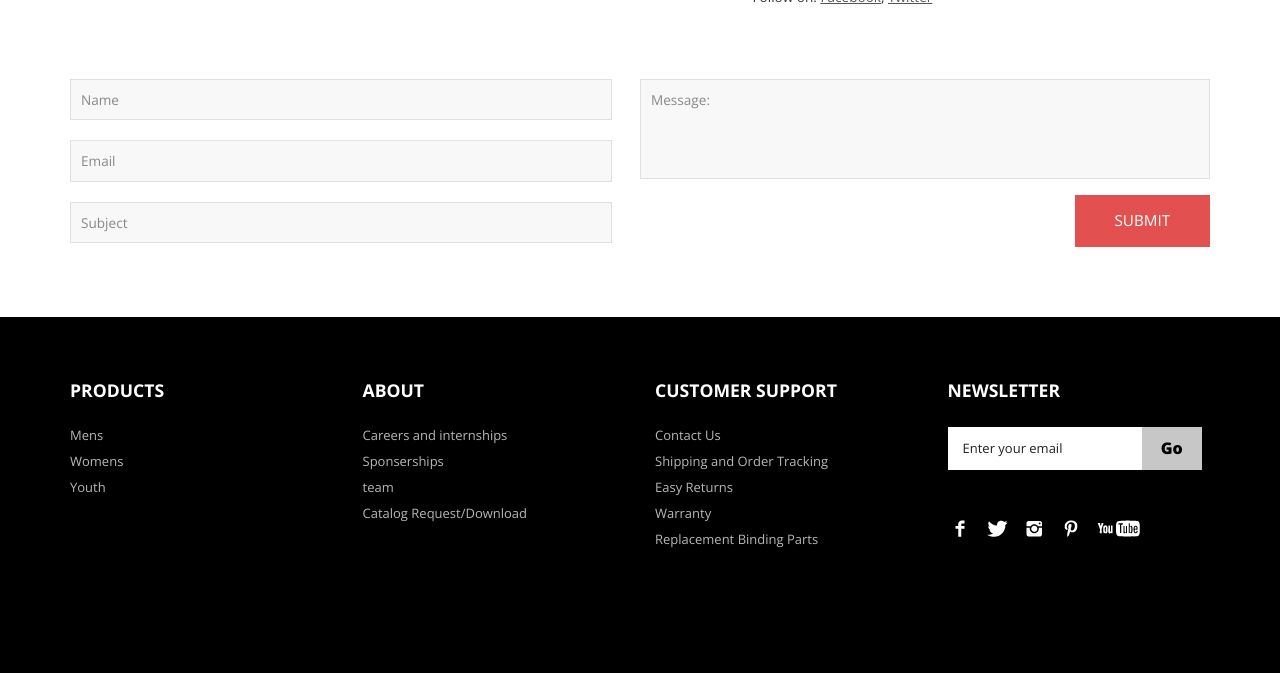
Repository: nder1996/Snowboarding
Page: contact.html
The author's editor kept a copy of each file at every save. The page is drawn from the files as they stood at one save, then again after the next save.
The browser window is 1280 px wide. The pictures show the part of the page from y = 512 to 1204 px (the page is 1185 px tall before and 1204 px after).

Above is the page before, as saved 2021-11-23 15:17:14.

### contact.html
<!--A Design by W3layouts
Author: W3layout
Author URL: http://w3layouts.com
License: Creative Commons Attribution 3.0 Unported
License URL: http://creativecommons.org/licenses/by/3.0/
-->
<!DOCTYPE HTML>
<html>
<head>
<title>Free Snow Bootstrap Website Template | Contact :: w3layouts</title>
<link href="css/bootstrap.css" rel='stylesheet' type='text/css' />
<link href="css/style.css" rel='stylesheet' type='text/css' />
<meta name="viewport" content="width=device-width, initial-scale=1, maximum-scale=1">
<meta http-equiv="Content-Type" content="text/html; charset=utf-8" />
<link href='http://fonts.googleapis.com/css?family=Open+Sans:400,300,600,700,800' rel='stylesheet' type='text/css'>
<script type="application/x-javascript"> addEventListener("load", function() { setTimeout(hideURLbar, 0); }, false); function hideURLbar(){ window.scrollTo(0,1); } </script>
<script src="js/jquery.min.js"></script>
<script type="text/javascript">
        $(document).ready(function() {
            $(".dropdown img.flag").addClass("flagvisibility");

            $(".dropdown dt a").click(function() {
                $(".dropdown dd ul").toggle();
            });

            $(".dropdown dd ul li a").click(function() {
                var text = $(this).html();
                $(".dropdown dt a span").html(text);
                $(".dropdown dd ul").hide();
                $("#result").html("Selected value is: " + getSelectedValue("sample"));
            });

            function getSelectedValue(id) {
                return $("#" + id).find("dt a span.value").html();
            }

            $(document).bind('click', function(e) {
                var $clicked = $(e.target);
                if (! $clicked.parents().hasClass("dropdown"))
                    $(".dropdown dd ul").hide();
            });


            $("#flagSwitcher").click(function() {
                $(".dropdown img.flag").toggleClass("flagvisibility");
            });
        });
     </script>
 </head>
<body>
	<div class="header">
		<div class="container">
			<div class="row">
			  <div class="col-md-12">
				 <div class="header-left">
					 <div class="logo">
						<a href="index.html"><img src="images/logo.png" alt=""/></a>
					 </div>
					 <div class="menu">
						  <a class="toggleMenu" href="#"><img src="images/nav.png" alt="" /></a>
						    <ul class="nav" id="nav">
						    	<li><a href="shop.html">Shop</a></li>
								<!--
						    	<li><a href="team.html">Team</a></li>
						    	<li><a href="shop.html">Events</a></li>
						    	<li><a href="experiance.html">Experiance</a></li>
						    	<li><a href="shop.html">Company</a></li>
								-->
								<li class="current"><a href="contact.html">Contact</a></li>
								<div class="clear"></div>
							</ul>
							<script type="text/javascript" src="js/responsive-nav.js"></script>
				    </div>
	    		    <div class="clear"></div>
	    	    </div>
	            <div class="header_right">
	    		  <!-- start search-->
				   <div class="search-box">
							<div id="sb-search" class="sb-search">
								<form>
									<input class="sb-search-input" placeholder="Enter your search term..." type="search" name="search" id="search">
									<input class="sb-search-submit" type="submit" value="">
									<span class="sb-icon-search"> </span>
								</form>
							</div>
						</div>
						<!----search-scripts---->
						<script src="js/classie.js"></script>
						<script src="js/uisearch.js"></script>
						<script>
							new UISearch( document.getElementById( 'sb-search' ) );
						</script>
				    <ul class="icon1 sub-icon1 profile_img">
					 <li><a class="active-icon c1" href="#"> </a>
						<ul class="sub-icon1 list">
						  <div class="product_control_buttons">
						  	<a href="#"><img src="images/edit.png" alt=""/></a>
						  		<a href="#"><img src="images/close_edit.png" alt=""/></a>
						  </div>
						   <div class="clear"></div>
						  <li class="list_img"><img src="images/1.jpg" alt=""/></li>
						  <li class="list_desc"><h4><a href="#">velit esse molestie</a></h4><span class="actual">1 x
                          $12.00</span></li>
						  <div class="login_buttons">
							 <div class="check_button"><a href="checkout.html">Check out</a></div>
							 <div class="login_button"><a href="login.html">Login</a></div>
							 <div class="clear"></div>
						  </div>
						  <div class="clear"></div>
						</ul>
					 </li>
				   </ul>
		        <div class="clear"></div>
	       </div>
	      </div>
		 </div>
	    </div>
	  </div>
     <div class="main">
      <div class="shop_top">
		<div class="container">
			<div class="row">
				<div class="col-md-7">
				  <div class="map">
					<iframe width="100%" height="350" frameborder="0" scrolling="no" marginheight="0" marginwidth="0" src="https://maps.google.co.in/maps?f=q&amp;source=s_q&amp;hl=en&amp;geocode=&amp;q=Lighthouse+Point,+FL,+United+States&amp;aq=4&amp;oq=light&amp;sll=26.275636,-80.087265&amp;sspn=0.04941,0.104628&amp;ie=UTF8&amp;hq=&amp;hnear=Lighthouse+Point,+Broward,+Florida,+United+States&amp;t=m&amp;z=14&amp;ll=26.275636,-80.087265&amp;output=embed"></iframe><br><small><a href="https://maps.google.co.in/maps?f=q&amp;source=embed&amp;hl=en&amp;geocode=&amp;q=Lighthouse+Point,+FL,+United+States&amp;aq=4&amp;oq=light&amp;sll=26.275636,-80.087265&amp;sspn=0.04941,0.104628&amp;ie=UTF8&amp;hq=&amp;hnear=Lighthouse+Point,+Broward,+Florida,+United+States&amp;t=m&amp;z=14&amp;ll=26.275636,-80.087265" style="color:#666;text-align:left;font-size:12px"></a></small>
				  </div>
				</div>
				<div class="col-md-5">
					<p class="m_8">Lorem ipsum dolor sit amet, consectetuer adipiscing elit, sed diam nonummy nibh euismod tincidunt ut laoreet dolore magna aliquam erat volutpat. Ut wisi enim ad minim veniam, quis nostrud exerci tation ullamcorper suscipit lobortis nisl ut aliquip ex ea commodo consequat. Duis autem vel eum iriure dolor in hendrerit in vulputate velit esse molestie consequat</p>
					<div class="address">
				                <p>500 Lorem Ipsum Dolor Sit,</p>
						   		<p>22-56-2-9 Sit Amet, Lorem,</p>
						   		<p>USA</p>
				   		<p>Phone:(00) 222 666 444</p>
				   		<p>Fax: (000) 000 00 00 0</p>
				 	 	<p>Email: <span>support[at]snow.com</span></p>
				   		<p>Follow on: <span>Facebook</span>, <span>Twitter</span></p>
				   </div>
				</div>
			</div>
			<div class="row">
				<div class="col-md-12 contact">
				  <form method="post" action="contact-post.html">
					<div class="to">
                     	<input type="text" class="text" value="Name" onfocus="this.value = '';" onblur="if (this.value == '') {this.value = 'Name';}">
					 	<input type="text" class="text" value="Email" onfocus="this.value = '';" onblur="if (this.value == '') {this.value = 'Email';}">
					 	<input type="text" class="text" value="Subject" onfocus="this.value = '';" onblur="if (this.value == '') {this.value = 'Subject';}">
					</div>
					<div class="text">
	                   <textarea value="Message:" onfocus="this.value = '';" onblur="if (this.value == '') {this.value = 'Message';}">Message:</textarea>
	                   <div class="form-submit">
			           <input name="submit" type="submit" id="submit" value="Submit"><br>
			           </div>
	                </div>
	                <div class="clear"></div>
                   </form>
			     </div>
		    </div>
	     </div>
	   </div>
	  </div>
	  <div class="footer">
			<div class="container">
				<div class="row">
					<div class="col-md-3">
						<ul class="footer_box">
							<h4>Products</h4>
							<li><a href="#">Mens</a></li>
							<li><a href="#">Womens</a></li>
							<li><a href="#">Youth</a></li>
						</ul>
					</div>
					<div class="col-md-3">
						<ul class="footer_box">
							<h4>About</h4>
							<li><a href="#">Careers and internships</a></li>
							<li><a href="#">Sponserships</a></li>
							<li><a href="#">team</a></li>
							<li><a href="#">Catalog Request/Download</a></li>
						</ul>
					</div>
					<div class="col-md-3">
						<ul class="footer_box">
							<h4>Customer Support</h4>
							<li><a href="#">Contact Us</a></li>
							<li><a href="#">Shipping and Order Tracking</a></li>
							<li><a href="#">Easy Returns</a></li>
							<li><a href="#">Warranty</a></li>
							<li><a href="#">Replacement Binding Parts</a></li>
						</ul>
					</div>
					<div class="col-md-3">
						<ul class="footer_box">
							<h4>Newsletter</h4>
							<div class="footer_search">
				    		   <form>
				    			<input type="text" value="Enter your email" onfocus="this.value = '';" onblur="if (this.value == '') {this.value = 'Enter your email';}">
				    			<input type="submit" value="Go">
				    		   </form>
					        </div>
							<ul class="social">
							  <li class="facebook"><a href="#"><span> </span></a></li>
							  <li class="twitter"><a href="#"><span> </span></a></li>
							  <li class="instagram"><a href="#"><span> </span></a></li>
							  <li class="pinterest"><a href="#"><span> </span></a></li>
							  <li class="youtube"><a href="#"><span> </span></a></li>
						    </ul>
		   				</ul>
					</div>
				</div>
				<div class="row footer_bottom">
				<!--
				    <div class="copy">
			           <p>© 2014 Template by <a href="http://w3layouts.com" target="_blank">w3layouts</a></p>
		            </div>
					  <dl id="sample" class="dropdown">
				        <dt><a href="#"><span>Change Region</span></a></dt>
				        <dd>
				            <ul>
				                <li><a href="#">Australia<img class="flag" src="images/as.png" alt="" /><span class="value">AS</span></a></li>
				                <li><a href="#">Sri Lanka<img class="flag" src="images/srl.png" alt="" /><span class="value">SL</span></a></li>
				                <li><a href="#">Newziland<img class="flag" src="images/nz.png" alt="" /><span class="value">NZ</span></a></li>
				                <li><a href="#">Pakistan<img class="flag" src="images/pk.png" alt="" /><span class="value">Pk</span></a></li>
				                <li><a href="#">United Kingdom<img class="flag" src="images/uk.png" alt="" /><span class="value">UK</span></a></li>
				                <li><a href="#">United States<img class="flag" src="images/us.png" alt="" /><span class="value">US</span></a></li>
				            </ul>
				         </dd>
	   				  </dl>
   				</div>
			</div>
		</div>
</body>
</html>

Loaded but not shown: css/bootstrap.css (library); js/jquery.min.js (library); js/uisearch.js (135 lines, source omitted); js/classie.js (80 lines, source omitted); js/responsive-nav.js (49 lines, source omitted); css/style.css (2033 lines, source omitted)

After the next save:
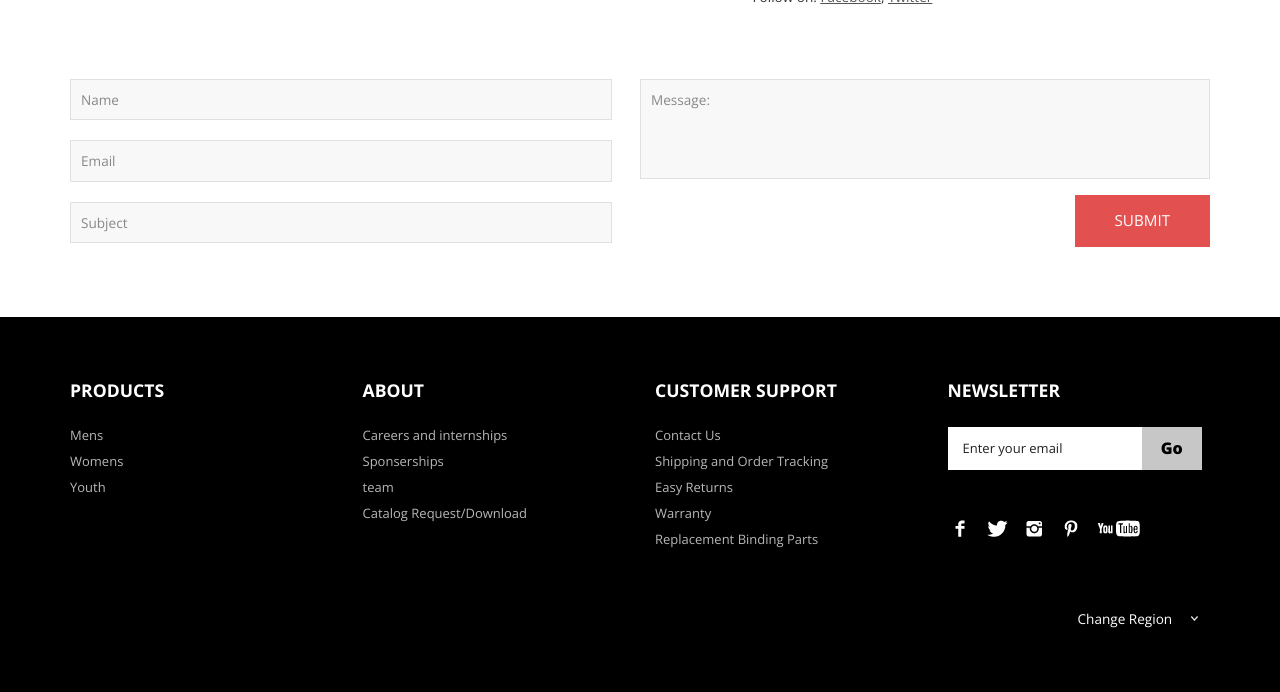
Saved 4 s later.
--- a/contact.html
+++ b/contact.html
@@ -213,6 +213,7 @@ License URL: http://creativecommons.org/licenses/by/3.0/
 				    <div class="copy">
 			           <p>© 2014 Template by <a href="http://w3layouts.com" target="_blank">w3layouts</a></p>
 		            </div>
+					-->
 					  <dl id="sample" class="dropdown">
 				        <dt><a href="#"><span>Change Region</span></a></dt>
 				        <dd>
